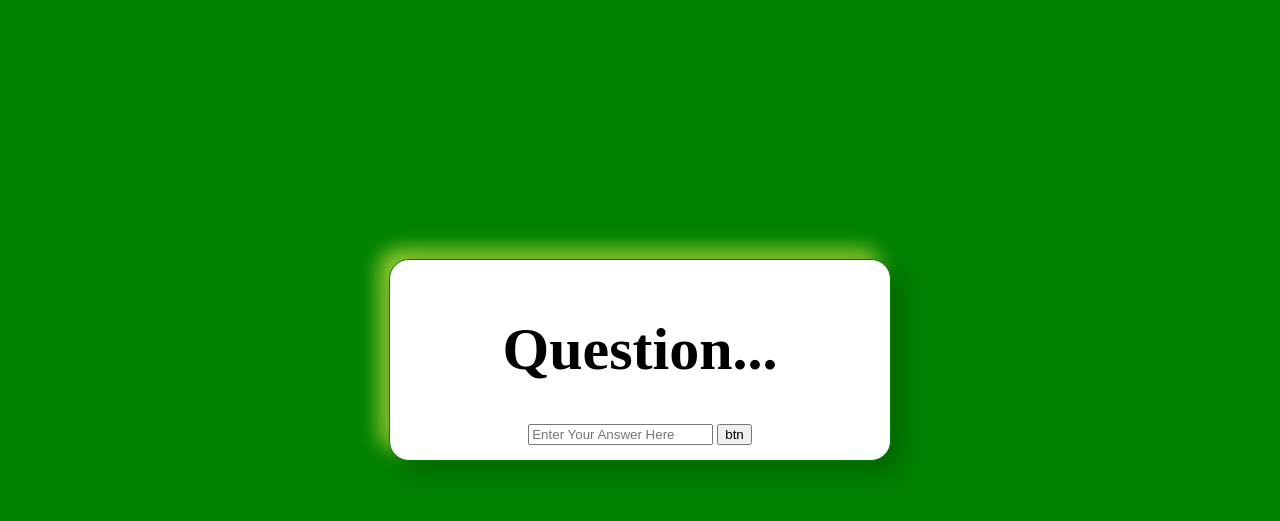
Repository: Joseph061200/Dynamic_Lab2
Page: joseph.html
The author's editor kept a copy of each file at every save. The page is drawn from the files as they stood at one save, then again after the next save.
The browser window is 1280 px wide. The pictures show the whole page.

Above is the page before, as saved 2020-02-20 14:18:32.

After the next save:
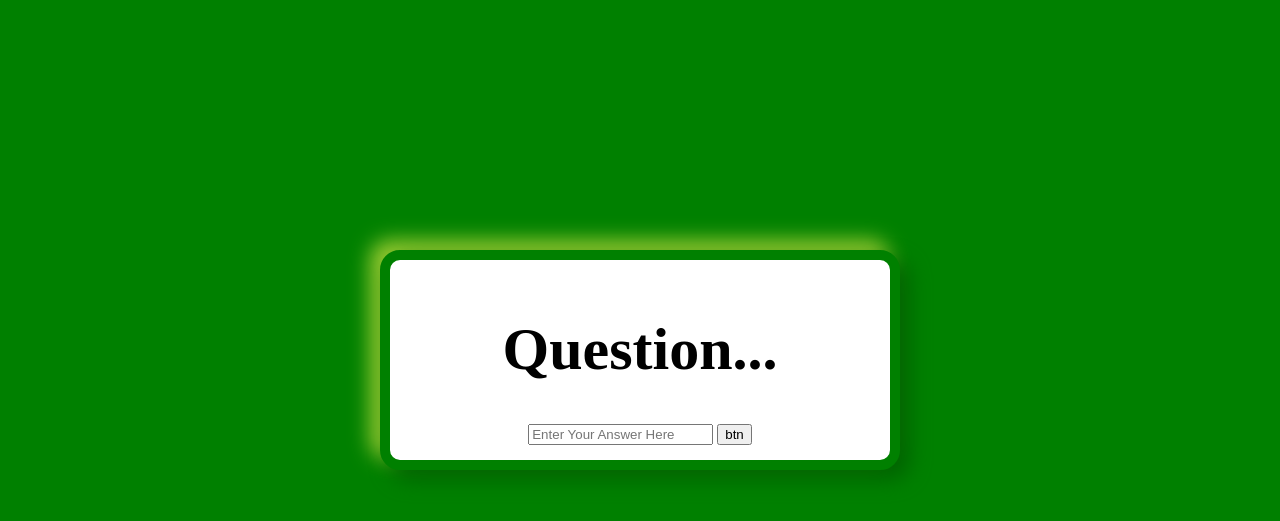
Saved 6 s later.
--- a/joseph.css
+++ b/joseph.css
@@ -12,7 +12,7 @@
 .pop_up{
     width: 500px;
     height: 200px;
-    border: solid 1px green;
+    border: solid 10px green;
     display: flex;
     flex-direction: column;
     justify-content: center;

After the save that followed:
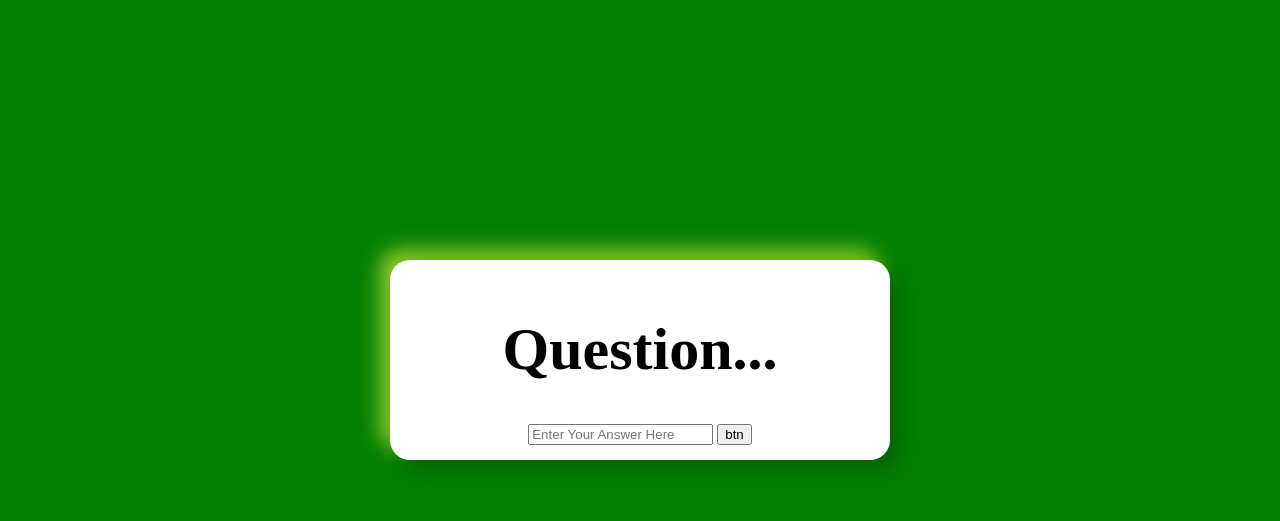
Saved 7 s later.
--- a/joseph.css
+++ b/joseph.css
@@ -12,7 +12,6 @@
 .pop_up{
     width: 500px;
     height: 200px;
-    border: solid 10px green;
     display: flex;
     flex-direction: column;
     justify-content: center;
